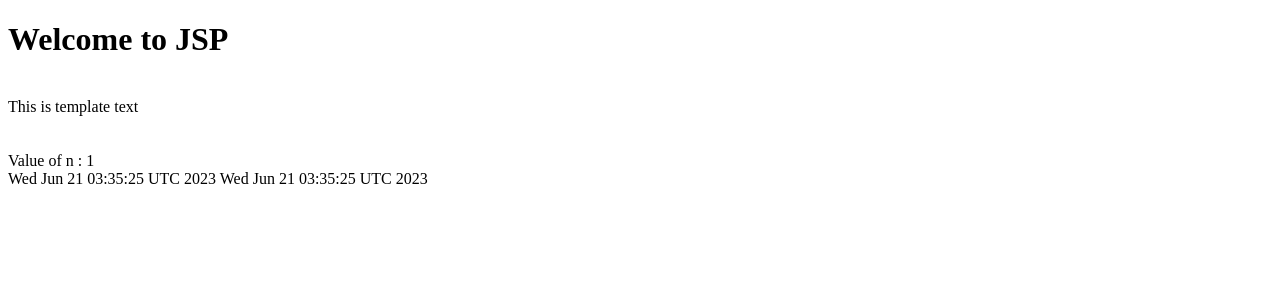
Repository: ANIKETKHAVNEKAR/AdvanceJavaMyPractice
Page: http://localhost/JspProject/first.jsp
The author's editor kept a copy of each file at every save. The page is drawn from the files as they stood at one save, then again after the next save.
The browser window is 1280 px wide. The pictures show the whole page.
The page is served by Tomcat 9.

Above is the page before, as saved 2023-06-21 13:24:26.

### demo/Adv Java Workspace-Mar 23/JspProject/src/main/webapp/first.jsp
<%@ page import="java.util.*"  language="java" contentType="text/html; charset=ISO-8859-1"
    pageEncoding="ISO-8859-1"%>
<!DOCTYPE html>
<html>
<head>
<meta charset="ISO-8859-1">
<title>Insert title here</title>
</head>
<body>
	<h1> Welcome to JSP </h1>
	<br/>
	This is template text
	<br/>
	<!--  This is HTML comment -->
	<br/>
	<%-- This is JSP comment --%>
	<br/>
	<%
	   int n = 0;
	   out.print("Value of n : "+(++n));
	%>
	<br/>
	<%  out.print(Calendar.getInstance().getTime()); %>
	<%= Calendar.getInstance().getTime()  %>

</body>
</html>

After the next save:
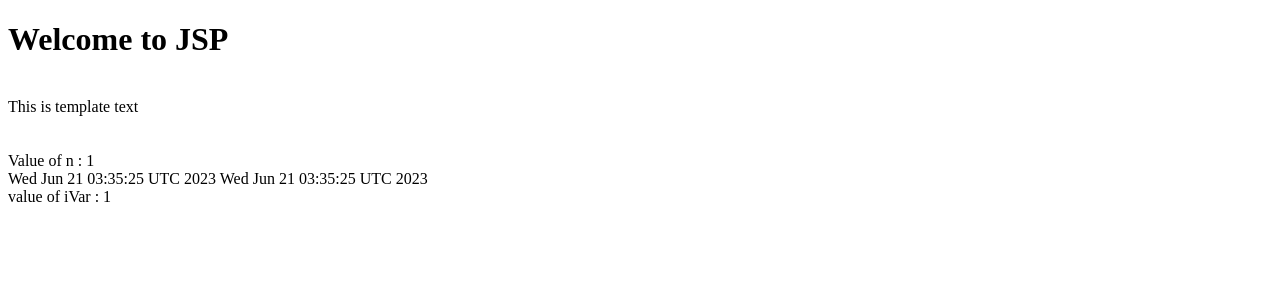
Saved 2 min 1 s later.
--- a/demo/Adv Java Workspace-Mar 23/JspProject/src/main/webapp/first.jsp
+++ b/demo/Adv Java Workspace-Mar 23/JspProject/src/main/webapp/first.jsp
@@ -22,6 +22,9 @@
 	<br/>
 	<%  out.print(Calendar.getInstance().getTime()); %>
 	<%= Calendar.getInstance().getTime()  %>
+	<br/>
+	<%! int iVar;  %>
+	<%= "value of iVar : "+(++iVar)  %>
 
 </body>
 </html>
